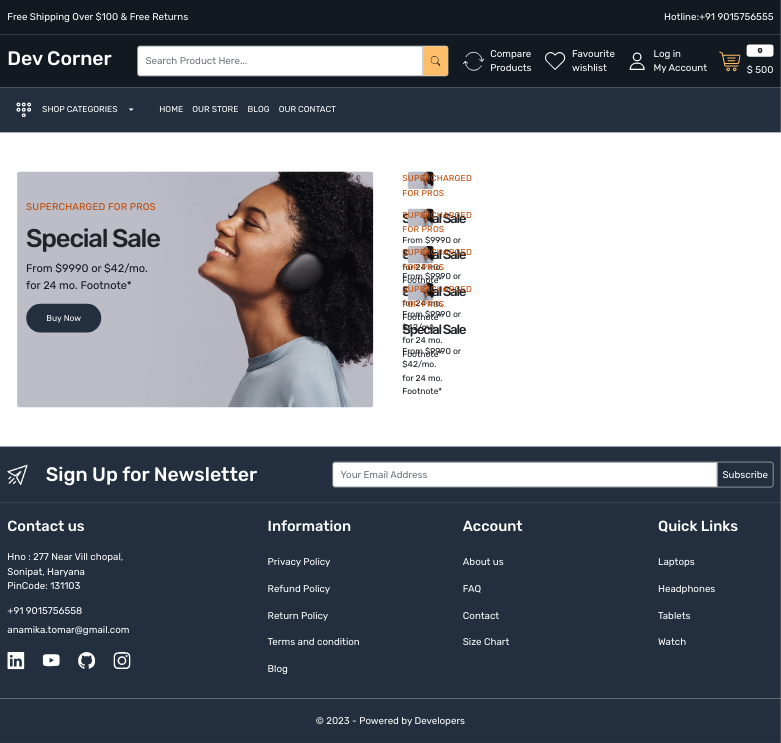
Repository: anamikatomar21/demo
Page: /
The author's editor kept a copy of each file at every save. The page is drawn from the files as they stood at one save, then again after a run of saves.
The browser window is 1280 px wide. The pictures show the whole page, at 61% of full size.
The project was rebuilt for these pictures with package versions that can differ from the ones it lists, and the page was loaded fresh each time. Also part of the build but not shown: src/pages/About.js, src/pages/Contact.js.

Above is the page before, as saved 2023-05-14 20:49:35.

### public/index.html
<!DOCTYPE html>
<html lang="en">
  <head>
    <meta charset="utf-8" />
    <link rel="icon" href="%PUBLIC_URL%/favicon.ico" />
    <meta name="viewport" content="width=device-width, initial-scale=1" />
    <meta name="theme-color" content="#000000" />
    <meta
      name="description"
      content="Web site created using create-react-app"
    />
    <link rel="apple-touch-icon" href="%PUBLIC_URL%/logo192.png" />
    <link
      href="https://cdn.jsdelivr.net/npm/bootstrap@5.0.2/dist/css/bootstrap.min.css"
      rel="stylesheet"
      integrity="sha384-EVSTQN3/azprG1Anm3QDgpJLIm9Nao0Yz1ztcQTwFspd3yD65VohhpuuCOmLASjC"
      crossorigin="anonymous"
    />
    <link rel="manifest" href="%PUBLIC_URL%/manifest.json" />
    <link rel="preconnect" href="https://fonts.googleapis.com" />
    <link rel="preconnect" href="https://fonts.gstatic.com" crossorigin />
    <link
      href="https://fonts.googleapis.com/css2?family=Rubik:ital,wght@0,300;0,400;0,500;0,800;1,600&display=swap"
      rel="stylesheet"
    />
    <title>Ecommerce App</title>
  </head>
  <body>
    <noscript>You need to enable JavaScript to run this app.</noscript>
    <div id="root"></div>
    <script
      src="https://cdn.jsdelivr.net/npm/bootstrap@5.0.2/dist/js/bootstrap.bundle.min.js"
      integrity="sha384-MrcW6ZMFYlzcLA8Nl+NtUVF0sA7MsXsP1UyJoMp4YLEuNSfAP+JcXn/tWtIaxVXM"
      crossorigin="anonymous"
    ></script>
  </body>
</html>

### src/App.js
import React from "react";
import { BrowserRouter, Routes, Route } from "react-router-dom";
import "./App.css";
import Layout from "./components/Layout";
import Home from "./pages/Home";
import About from "./pages/About";
import Contact from "./pages/Contact";

function App() {
  return (
    <>
      <BrowserRouter>
        <Routes>
          <Route path="/" element={<Layout />}>
            <Route index element={<Home />} />
            <Route path="about" element={<About />} />
            <Route path="contact" element={<Contact />} />
          </Route>
        </Routes>
      </BrowserRouter>
    </>
  );
}

export default App;

### src/App.css
* {
  margin: 0;
  padding: 0;
  box-sizing: border-box;
}
:root {
  --color-131921: #131921;
  --color-3b4149: #3b4149;
  --color-febd69: #febd69;
  --color-232f3e: #232f3e;
  --color-bf4800: #bf4800;
  --color-f5f5f7: #f5f5f7;
  --color-ededed: #ededed;
  --color-777777: #777777;
  --color-1c1c1b: #1c1c1b;
}
.section-heading {
  font-size: 26px;
  line-height: 32px;
  font-weight: 500;
  margin-bottom: 30px;
}
.card-wrapper {
  background-color: white;
  box-shadow: 0 0 10px #0000001a;
  padding: 15px;
}
body {
  font-family: "Rubik", sans-serif;
}
a {
  text-decoration: none;
  display: inline-block;
}
.form-control:focus {
  box-shadow: none;
  border-color: inherit;
}

.gap-10 {
  gap: 10px;
}
.gap-15 {
  gap: 15px;
}
.gap-30 {
  gap: 30px;
}

.button {
  background-color: var(--color-232f3e);
  color: white;
  font-size: 14px;
  padding: 13px 33px;
  border-radius: 25px;
}
.button:hover {
  background-color: var(--color-febd69);
  color: #131921;
}
/* Header Part */

.header-top-strip {
  border-bottom: 1px solid var(--color-3b4149);
  background-color: var(--color-131921);
}
.header-upper {
  background-color: var(--color-131921);
}
.header-bottom {
  background-color: var(--color-232f3e);
}
.header-upper .input-group-text {
  background-color: var(--color-febd69);
}
.header-upper.header-upper-links img {
  width: 35px;
  height: 35px;
}
.header-bottom .menu-links a,
.header-bottom .dropdown button {
  color: white;
  font-size: 14px;
  line-height: 18px;
  font-weight: 400;
  letter-spacing: 0.3;
  text-transform: uppercase;
}

.header-bottom .dropdown button:focus {
  box-shadow: none;
}
.header-bottom .dropdown-menu {
  background-color: var(--color-131921);
  width: 100%;
  transform: translate3d(0px, 57px, 0px) !important;
}
.header-bottom .dropdown-item {
  padding: 20px;
  margin-bottom: 3px;
  border-bottom: 1px solid var(--color-3b4149);
}
.header-bottom .dropdown-item:hover {
  background-color: transparent;
  color: var(--color-febd69) !important;
}
/* Header Part End Here */

/* Footer part */

footer {
  background-color: var(--color-232f3e);
}
footer:not(:first-child) {
  border-top: 1px solid rgba(255, 255, 255, 0.1);
}
footer .input-group-text {
  background-color: var(--color-232f3e);
  color: white;
  padding: 8px 17px;
}
/* Footer part ends here */

/* Home Page starts */
.main-banner-content {
  top: 15%;
  left: 5%;
}
.main-banner-content h4 {
  font-size: 16px;
  font-weight: 400;
  line-height: 24px;
  color: var(--color-bf4800);
  margin: 0 0 12px;
  letter-spacing: 0.3px;
  text-transform: uppercase;
}
.main-banner-content h5 {
  font-size: 42px;
  line-height: 54px;
  letter-spacing: -2px;
  font-weight: 500;
  text-transform: none;
}

.main-banner-content p {
  font-size: 18px;
  line-height: 28px;
  letter-spacing: 0.4;
  color: var(--color-131921);
}
.small-banner-content {
  top: 25%;
  left: 10%;
}
.small-banner-content h4 {
  font-size: 14px;
  font-weight: 400;
  line-height: 24px;
  color: var(--color-bf4800);
  margin: 0 0 12px;
  letter-spacing: 0.3px;
  text-transform: uppercase;
}
.small-banner-content h5 {
  font-size: 22px;
  line-height: 34px;
  letter-spacing: -2px;
  font-weight: 500;
  text-transform: none;
}

.small-banner-content p {
  font-size: 14px;
  line-height: 22px;
  letter-spacing: 0.4;
  color: var(--color-131921);
}
.small-banner {
  width: 49%;
}
/* Home Page Ends */

### src/components/Layout.js
import React from "react";
import { Outlet } from "react-router-dom";
import Footer from "./Footer";
import Header from "./Header";

const Layout = () => {
  return (
    <>
      <Header />
      <Outlet />
      <Footer />
    </>
  );
};

export default Layout;

### src/pages/Home.js
import React from "react";
import { Link } from "react-router-dom";
const Home = () => {
  return (
    <>
      <section className="home-wrapper-1 py-5">
        <div className="container-xxl">
          <div className="row">
            <div className="col-6">
              <div className="main-banner p-3 position-relative">
                <img
                  src="/images/images/main-banner.jpg"
                  alt="main-banner"
                  className="img-fluid rounded-3"
                />
                <div className="main-banner-content position-absolute">
                  <h4>SUPERCHARGED FOR PROS</h4>
                  <h5>Special Sale </h5>
                  <p>
                    From $9990 or $42/mo.
                    <br />
                    for 24 mo. Footnote*
                  </p>
                  <Link className="button">Buy Now</Link>
                </div>
              </div>
            </div>

            <div className="col-6">
              <div className="col-3">
                <div className="small-banner p-3 position-relative">
                  <img
                    src="/images/images/main-banner.jpg"
                    alt="main-banner"
                    className="img-fluid rounded-3"
                  />
                  <div className="small-banner-content position-absolute">
                    <h4>SUPERCHARGED FOR PROS</h4>
                    <h5>Special Sale </h5>
                    <p>
                      From $9990 or $42/mo.
                      <br />
                      for 24 mo. Footnote*
                    </p>
                  </div>
                </div>
              </div>
              <div className="col-3">
                <div className="small-banner p-3 position-relative">
                  <img
                    src="/images/images/main-banner.jpg"
                    alt="main-banner"
                    className="img-fluid rounded-3"
                  />
                  <div className="small-banner-content position-absolute">
                    <h4>SUPERCHARGED FOR PROS</h4>
                    <h5>Special Sale </h5>
                    <p>
                      From $9990 or $42/mo.
                      <br />
                      for 24 mo. Footnote*
                    </p>
                  </div>
                </div>
              </div>
              <div className="col-3">
                <div className="small-banner p-3 position-relative">
                  <img
                    src="/images/images/main-banner.jpg"
                    alt="main-banner"
                    className="img-fluid rounded-3"
                  />
                  <div className="small-banner-content position-absolute">
                    <h4>SUPERCHARGED FOR PROS</h4>
                    <h5>Special Sale </h5>
                    <p>
                      From $9990 or $42/mo.
                      <br />
                      for 24 mo. Footnote*
                    </p>
                  </div>
                </div>
              </div>
              <div className="col-3">
                <div className="small-banner p-3 position-relative">
                  <img
                    src="/images/images/main-banner.jpg"
                    alt="main-banner"
                    className="img-fluid rounded-3"
                  />
                  <div className="small-banner-content position-absolute">
                    <h4>SUPERCHARGED FOR PROS</h4>
                    <h5>Special Sale </h5>
                    <p>
                      From $9990 or $42/mo.
                      <br />
                      for 24 mo. Footnote*
                    </p>
                  </div>
                </div>
              </div>
            </div>
          </div>
        </div>
      </section>
    </>
  );
};

export default Home;

Loaded but not shown: src/index.js (common file); src/components/Header.js (159 lines, source omitted); src/components/Footer.js (123 lines, source omitted)

After the next 7 saves:
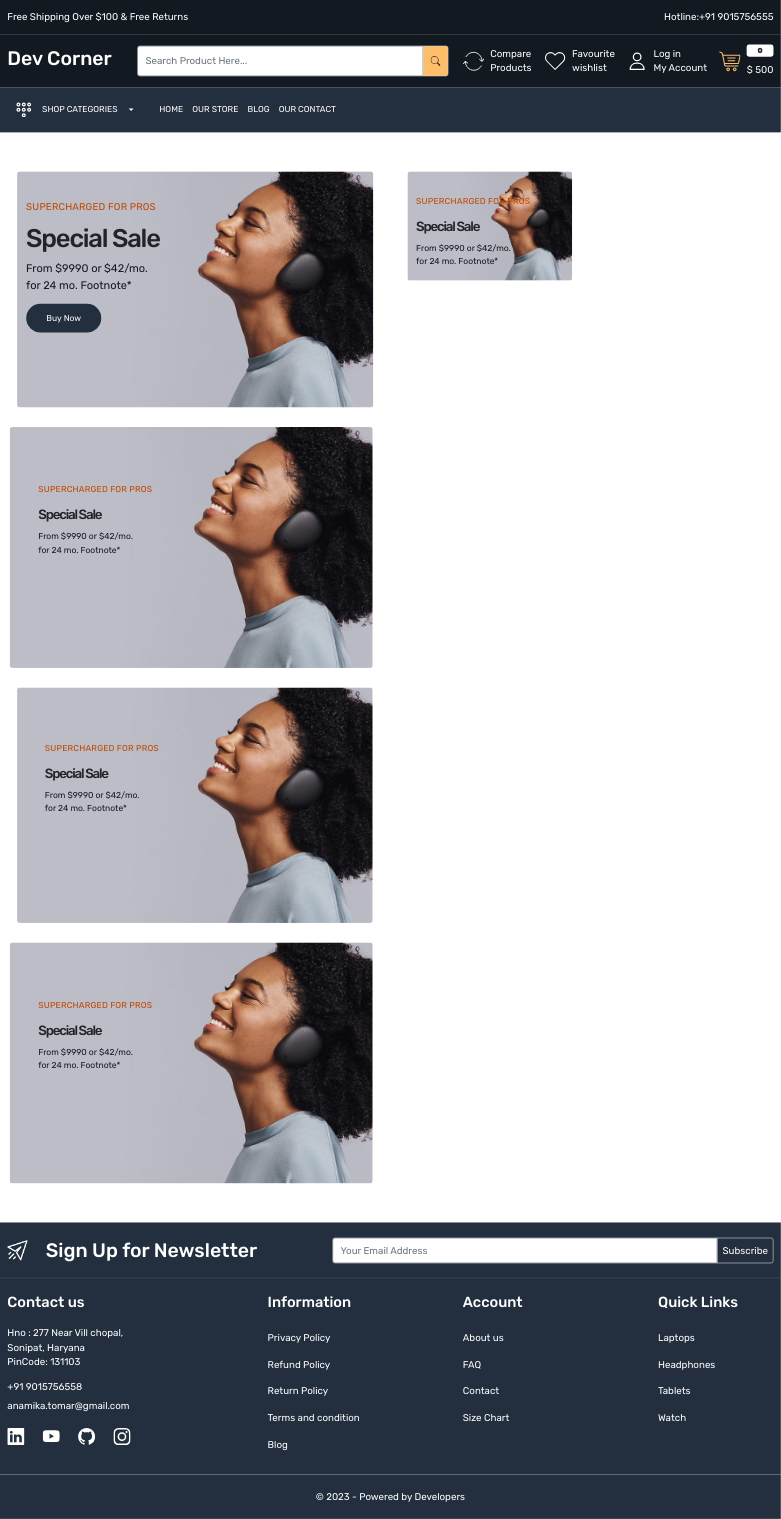
The 7 saves are shown as one change because 1 did not build or start and some came seconds apart.
The last was saved 4 min 13 s later.
--- a/src/pages/Home.js
+++ b/src/pages/Home.js
@@ -27,79 +27,74 @@
             </div>
 
             <div className="col-6">
-              <div className="col-3">
-                <div className="small-banner p-3 position-relative">
-                  <img
-                    src="/images/images/main-banner.jpg"
-                    alt="main-banner"
-                    className="img-fluid rounded-3"
-                  />
-                  <div className="small-banner-content position-absolute">
-                    <h4>SUPERCHARGED FOR PROS</h4>
-                    <h5>Special Sale </h5>
-                    <p>
-                      From $9990 or $42/mo.
-                      <br />
-                      for 24 mo. Footnote*
-                    </p>
-                  </div>
-                </div>
-              </div>
-              <div className="col-3">
-                <div className="small-banner p-3 position-relative">
-                  <img
-                    src="/images/images/main-banner.jpg"
-                    alt="main-banner"
-                    className="img-fluid rounded-3"
-                  />
-                  <div className="small-banner-content position-absolute">
-                    <h4>SUPERCHARGED FOR PROS</h4>
-                    <h5>Special Sale </h5>
-                    <p>
-                      From $9990 or $42/mo.
-                      <br />
-                      for 24 mo. Footnote*
-                    </p>
-                  </div>
-                </div>
-              </div>
-              <div className="col-3">
-                <div className="small-banner p-3 position-relative">
-                  <img
-                    src="/images/images/main-banner.jpg"
-                    alt="main-banner"
-                    className="img-fluid rounded-3"
-                  />
-                  <div className="small-banner-content position-absolute">
-                    <h4>SUPERCHARGED FOR PROS</h4>
-                    <h5>Special Sale </h5>
-                    <p>
-                      From $9990 or $42/mo.
-                      <br />
-                      for 24 mo. Footnote*
-                    </p>
-                  </div>
-                </div>
-              </div>
-              <div className="col-3">
-                <div className="small-banner p-3 position-relative">
-                  <img
-                    src="/images/images/main-banner.jpg"
-                    alt="main-banner"
-                    className="img-fluid rounded-3"
-                  />
-                  <div className="small-banner-content position-absolute">
-                    <h4>SUPERCHARGED FOR PROS</h4>
-                    <h5>Special Sale </h5>
-                    <p>
-                      From $9990 or $42/mo.
-                      <br />
-                      for 24 mo. Footnote*
-                    </p>
-                  </div>
+              <div className="small-banner p-3 position-relative">
+                <img
+                  src="/images/images/main-banner.jpg"
+                  alt="main-banner"
+                  className="img-fluid rounded-3"
+                />
+                <div className="small-banner-content position-absolute">
+                  <h4>SUPERCHARGED FOR PROS</h4>
+                  <h5>Special Sale </h5>
+                  <p>
+                    From $9990 or $42/mo.
+                    <br />
+                    for 24 mo. Footnote*
+                  </p>
                 </div>
               </div>
             </div>
+
+            <div className="small-banner p-3 position-relative">
+              <img
+                src="/images/images/main-banner.jpg"
+                alt="main-banner"
+                className="img-fluid rounded-3"
+              />
+              <div className="small-banner-content position-absolute">
+                <h4>SUPERCHARGED FOR PROS</h4>
+                <h5>Special Sale </h5>
+                <p>
+                  From $9990 or $42/mo.
+                  <br />
+                  for 24 mo. Footnote*
+                </p>
+              </div>
+            </div>
+          </div>
+
+          <div className="small-banner p-3 position-relative">
+            <img
+              src="/images/images/main-banner.jpg"
+              alt="main-banner"
+              className="img-fluid rounded-3"
+            />
+            <div className="small-banner-content position-absolute">
+              <h4>SUPERCHARGED FOR PROS</h4>
+              <h5>Special Sale </h5>
+              <p>
+                From $9990 or $42/mo.
+                <br />
+                for 24 mo. Footnote*
+              </p>
+            </div>
+          </div>
+        </div>
+
+        <div className="small-banner p-3 position-relative">
+          <img
+            src="/images/images/main-banner.jpg"
+            alt="main-banner"
+            className="img-fluid rounded-3"
+          />
+          <div className="small-banner-content position-absolute">
+            <h4>SUPERCHARGED FOR PROS</h4>
+            <h5>Special Sale </h5>
+            <p>
+              From $9990 or $42/mo.
+              <br />
+              for 24 mo. Footnote*
+            </p>
           </div>
         </div>
       </section>

After the save that followed:
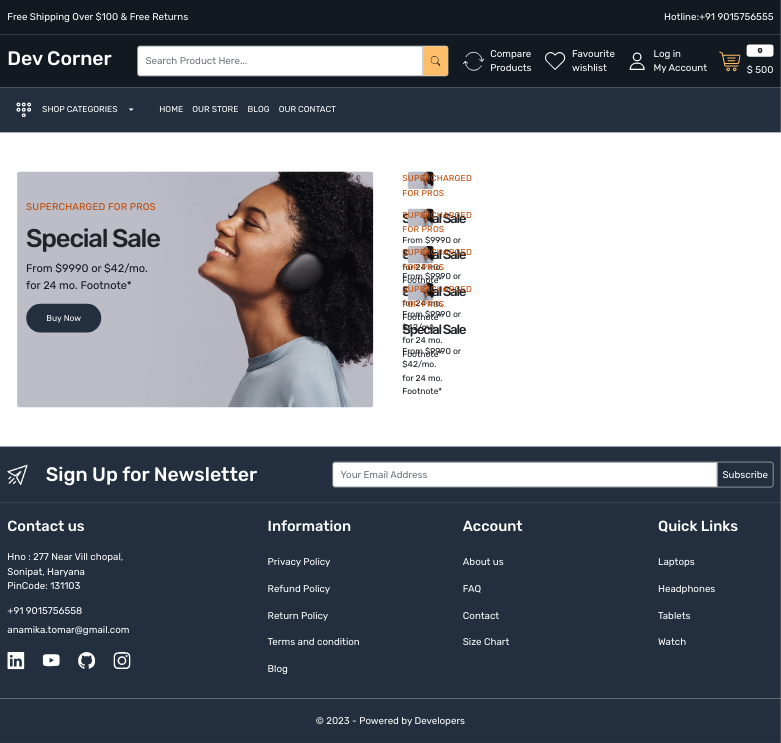
Saved 30 s later.
--- a/src/pages/Home.js
+++ b/src/pages/Home.js
@@ -27,74 +27,79 @@
             </div>
 
             <div className="col-6">
-              <div className="small-banner p-3 position-relative">
-                <img
-                  src="/images/images/main-banner.jpg"
-                  alt="main-banner"
-                  className="img-fluid rounded-3"
-                />
-                <div className="small-banner-content position-absolute">
-                  <h4>SUPERCHARGED FOR PROS</h4>
-                  <h5>Special Sale </h5>
-                  <p>
-                    From $9990 or $42/mo.
-                    <br />
-                    for 24 mo. Footnote*
-                  </p>
+              <div className="col-3">
+                <div className="small-banner p-3 position-relative">
+                  <img
+                    src="/images/images/main-banner.jpg"
+                    alt="main-banner"
+                    className="img-fluid rounded-3"
+                  />
+                  <div className="small-banner-content position-absolute">
+                    <h4>SUPERCHARGED FOR PROS</h4>
+                    <h5>Special Sale </h5>
+                    <p>
+                      From $9990 or $42/mo.
+                      <br />
+                      for 24 mo. Footnote*
+                    </p>
+                  </div>
+                </div>
+              </div>
+              <div className="col-3">
+                <div className="small-banner p-3 position-relative">
+                  <img
+                    src="/images/images/main-banner.jpg"
+                    alt="main-banner"
+                    className="img-fluid rounded-3"
+                  />
+                  <div className="small-banner-content position-absolute">
+                    <h4>SUPERCHARGED FOR PROS</h4>
+                    <h5>Special Sale </h5>
+                    <p>
+                      From $9990 or $42/mo.
+                      <br />
+                      for 24 mo. Footnote*
+                    </p>
+                  </div>
+                </div>
+              </div>
+              <div className="col-3">
+                <div className="small-banner p-3 position-relative">
+                  <img
+                    src="/images/images/main-banner.jpg"
+                    alt="main-banner"
+                    className="img-fluid rounded-3"
+                  />
+                  <div className="small-banner-content position-absolute">
+                    <h4>SUPERCHARGED FOR PROS</h4>
+                    <h5>Special Sale </h5>
+                    <p>
+                      From $9990 or $42/mo.
+                      <br />
+                      for 24 mo. Footnote*
+                    </p>
+                  </div>
+                </div>
+              </div>
+              <div className="col-3">
+                <div className="small-banner p-3 position-relative">
+                  <img
+                    src="/images/images/main-banner.jpg"
+                    alt="main-banner"
+                    className="img-fluid rounded-3"
+                  />
+                  <div className="small-banner-content position-absolute">
+                    <h4>SUPERCHARGED FOR PROS</h4>
+                    <h5>Special Sale </h5>
+                    <p>
+                      From $9990 or $42/mo.
+                      <br />
+                      for 24 mo. Footnote*
+                    </p>
+                  </div>
                 </div>
               </div>
             </div>
-
-            <div className="small-banner p-3 position-relative">
-              <img
-                src="/images/images/main-banner.jpg"
-                alt="main-banner"
-                className="img-fluid rounded-3"
-              />
-              <div className="small-banner-content position-absolute">
-                <h4>SUPERCHARGED FOR PROS</h4>
-                <h5>Special Sale </h5>
-                <p>
-                  From $9990 or $42/mo.
-                  <br />
-                  for 24 mo. Footnote*
-                </p>
-              </div>
-            </div>
-          </div>
-
-          <div className="small-banner p-3 position-relative">
-            <img
-              src="/images/images/main-banner.jpg"
-              alt="main-banner"
-              className="img-fluid rounded-3"
-            />
-            <div className="small-banner-content position-absolute">
-              <h4>SUPERCHARGED FOR PROS</h4>
-              <h5>Special Sale </h5>
-              <p>
-                From $9990 or $42/mo.
-                <br />
-                for 24 mo. Footnote*
-              </p>
-            </div>
-          </div>
-        </div>
-
-        <div className="small-banner p-3 position-relative">
-          <img
-            src="/images/images/main-banner.jpg"
-            alt="main-banner"
-            className="img-fluid rounded-3"
-          />
-          <div className="small-banner-content position-absolute">
-            <h4>SUPERCHARGED FOR PROS</h4>
-            <h5>Special Sale </h5>
-            <p>
-              From $9990 or $42/mo.
-              <br />
-              for 24 mo. Footnote*
-            </p>
           </div>
         </div>
       </section>
